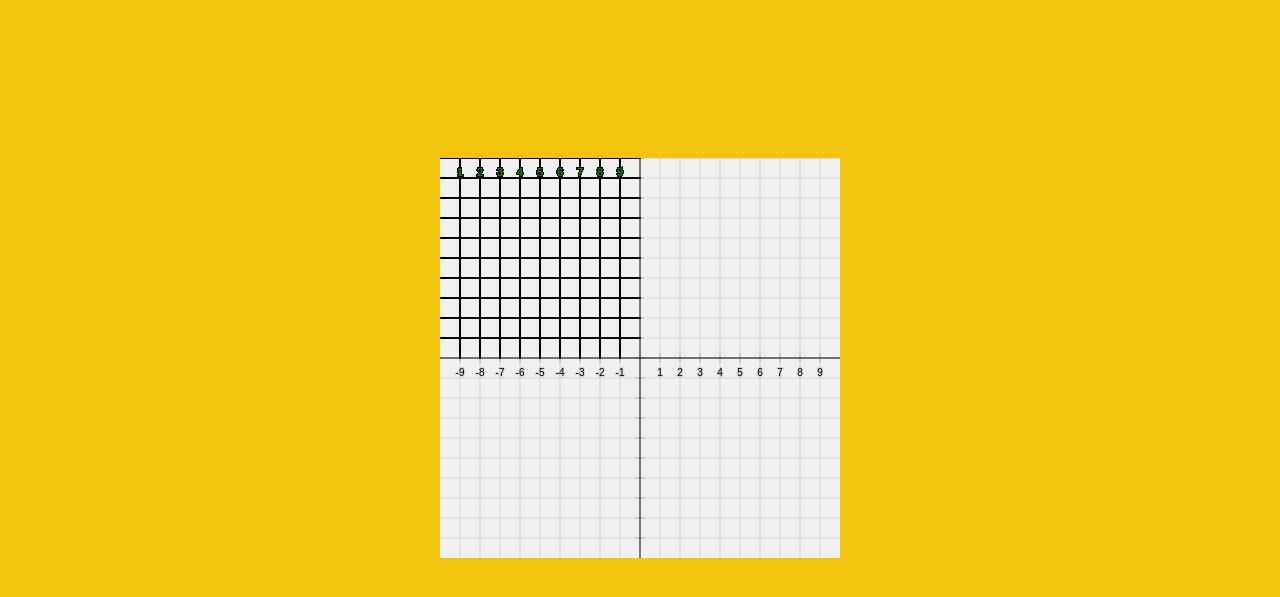
Repository: animarcus/graphing-app
Page: index.html
These files come from the project's save history. The page is drawn as it stood at one moment and after the next save; the edit follows.
The browser window is 1280 px wide. The pictures show the whole page.
Some web libraries are served in a nearby version.

Above is the page before, as saved 2020-09-26 19:52:02.

After the next save:
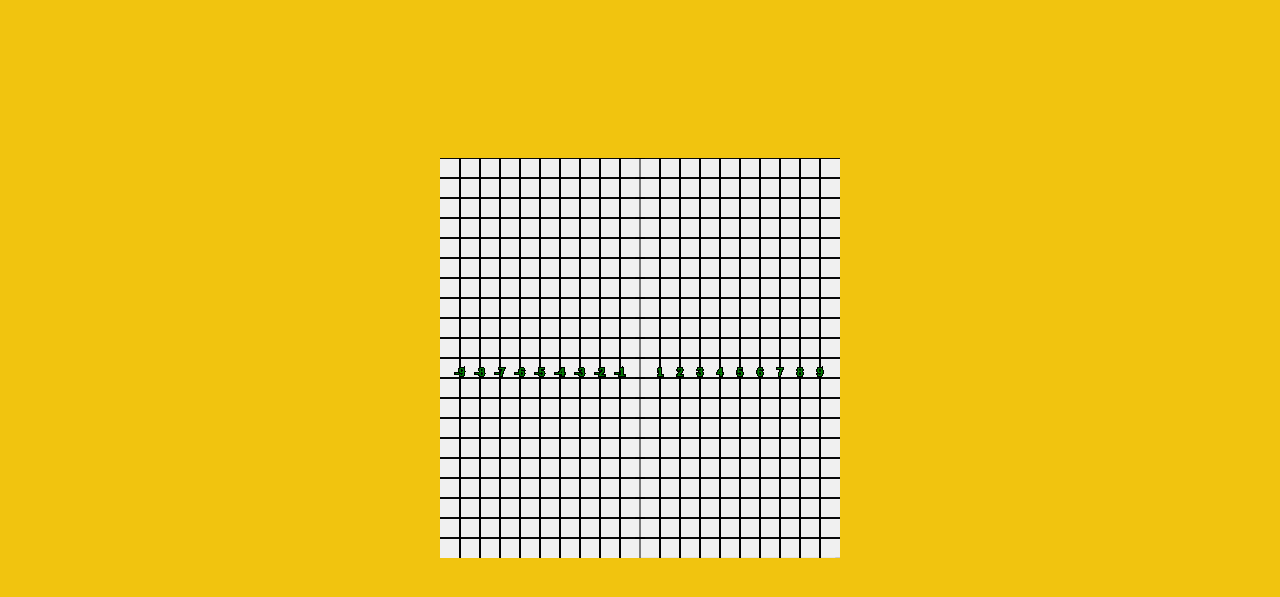
Saved 13 s later.
--- a/js/sketch.js
+++ b/js/sketch.js
@@ -26,6 +26,7 @@ function draw() {
 
 let drawHandlers = {
   drawGrid : function() {
+    translate(canvasW/2, canvasH/2);
     stroke('rgba(0%, 0%, 0%, 0.1)');
     for (let x = -canvasW/2; x < canvasW/2; x += cellW) {
       if (x === -canvasW/2 || x === canvasW/2 || x === 0) {
